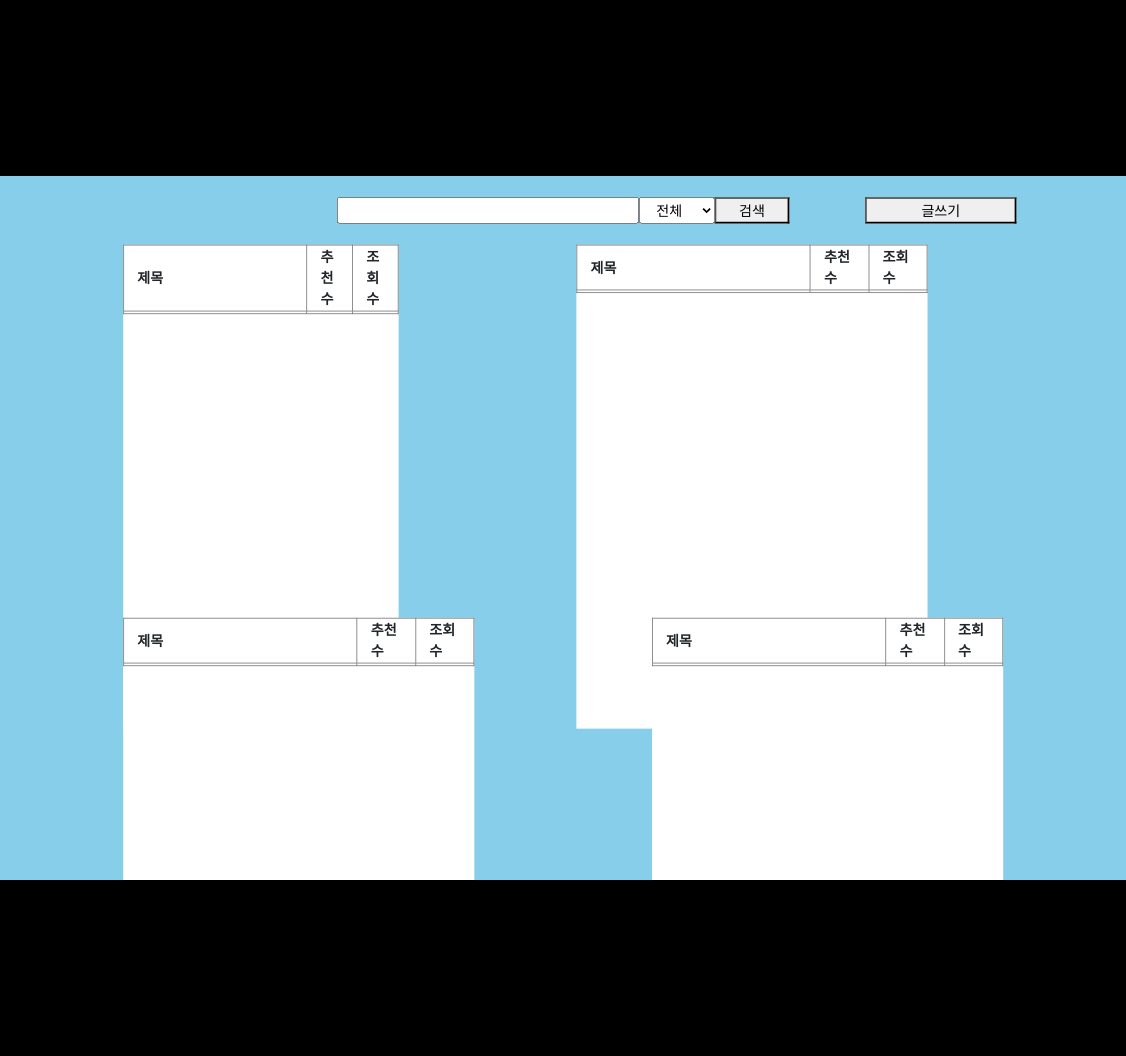
Repository: HJCroCat/project4
Page: http://localhost/koravle/getBoardMain.jsp
The author's editor kept a copy of each file at every save. The page is drawn from the files as they stood at one save, then again after the next save.
The browser window is 1280 px wide. The pictures show the whole page, at 88% of full size.
An inner scrolling area shows only its first screen. The page is served by Tomcat 9. Nobody is signed in. The application's start-up code is not run. The template is opened directly, without the code that normally fills it, so the values that code supplies are empty.

Above is the page before, as saved 2021-12-15 07:25:35.

After the next save:
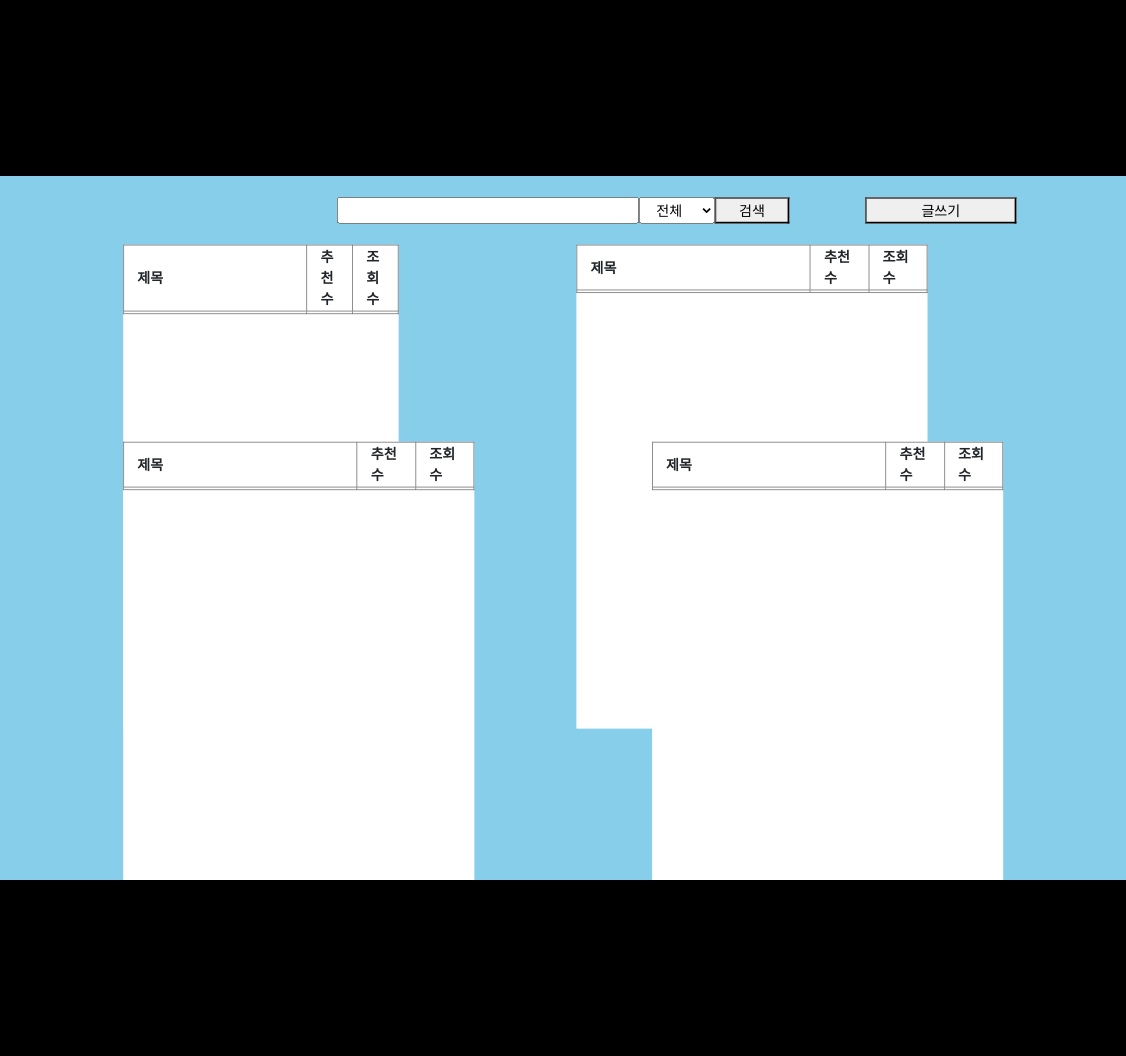
Saved 10 s later.
--- a/koravle/koravle/src/main/webapp/getBoardMain.jsp
+++ b/koravle/koravle/src/main/webapp/getBoardMain.jsp
@@ -55,7 +55,7 @@
 			<br/>
 		</div>
 
-		<div class="row" style="height:400px;">
+		<div class="row" style="height:200px;">
 
 			<div class="col-4">
 				<div style="background-color: white; min-height:550px;">
